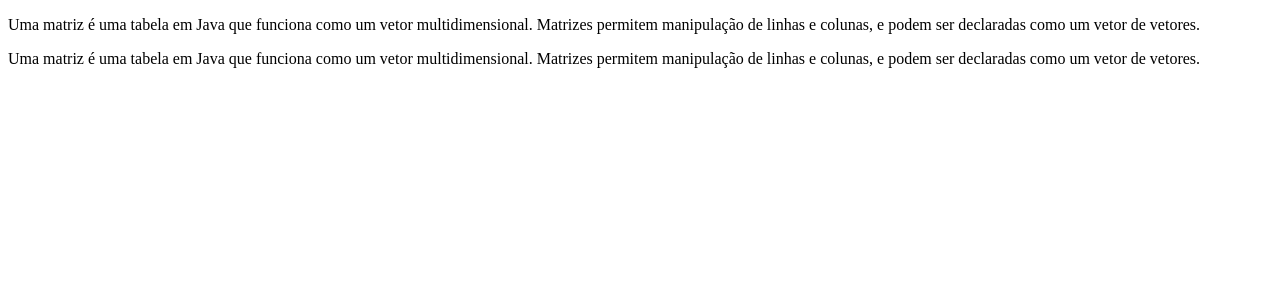
Repository: GbragaDev/100-Java-Exercices
Page: src/Aula_Matrizes/anotacao.html
These files come from the project's save history. The page is drawn as it stood at one moment and after the next save; the edit follows.
The browser window is 1280 px wide. The pictures show the whole page.

Above is the page before, as saved 2023-05-30 00:51:34.

### src/Aula_Matrizes/anotacao.html
<!DOCTYPE html>
<html lang="en">

    <head>
        <meta charset="UTF-8">
        <meta http-equiv="X-UA-Compatible" content="IE=edge">
        <meta name="viewport" content="width=device-width, initial-scale=1.0">
        <title>Document</title>
    </head>

    <body>



        <p>
            Uma matriz é uma tabela em Java que funciona como um vetor multidimensional.


            Matrizes permitem manipulação de linhas e colunas, e podem ser declaradas como um vetor de vetores.

        </p>





    </body>

</html>

Uma matriz é uma tabela em Java que funciona como um vetor multidimensional.


Matrizes permitem manipulação de linhas e colunas, e podem ser declaradas como um vetor de vetores.

After the next save:
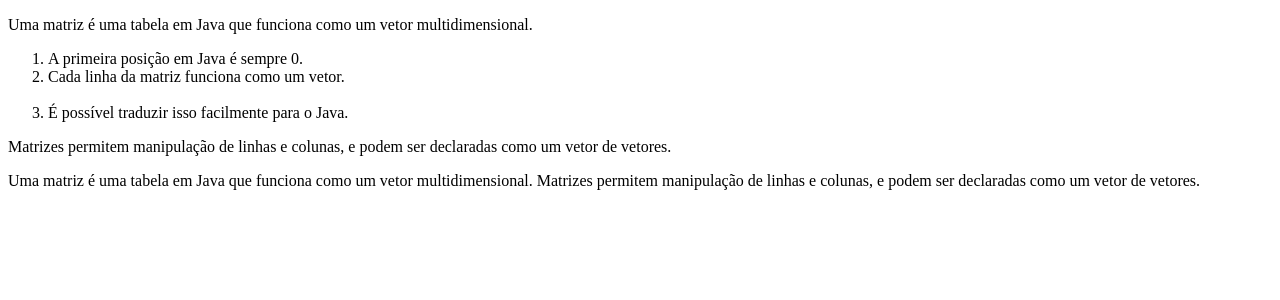
Saved 3 min 34 s later.
--- a/src/Aula_Matrizes/anotacao.html
+++ b/src/Aula_Matrizes/anotacao.html
@@ -14,9 +14,24 @@
 
         <p>
             Uma matriz é uma tabela em Java que funciona como um vetor multidimensional.
+        <ol>
+
+            <li>
+                A primeira posição em Java é sempre 0.
 
 
-            Matrizes permitem manipulação de linhas e colunas, e podem ser declaradas como um vetor de vetores.
+                <br>
+            <li>Cada linha da matriz funciona como um vetor.</li>
+
+            <br>
+            <li> É possível traduzir isso facilmente para o Java.</li>
+
+
+
+
+        </ol>
+
+        Matrizes permitem manipulação de linhas e colunas, e podem ser declaradas como um vetor de vetores.
 
         </p>
 
